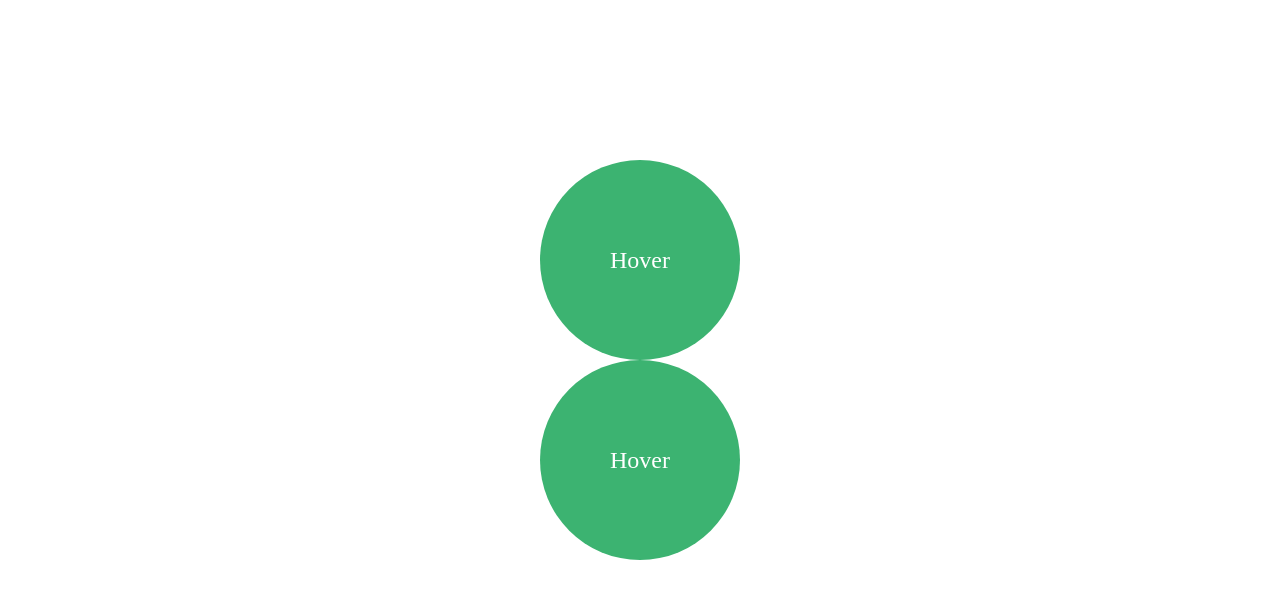
Repository: PrashantPanjwani/JSProjects
Page: P-Project3/index.html
An editor plug-in stored every save of this project. The page is shown before and after the next save, followed by the edit.
The browser window is 1280 px wide. The pictures show the whole page.

Above is the page before, as saved 2024-06-04 16:42:16.

### P-Project3/index.html
<!DOCTYPE html>
<html lang="en">
<head>
    <meta charset="UTF-8">
    <meta name="viewport" content="width=device-width, initial-scale=1.0">
    <title>Document</title>
    <link rel="stylesheet" href="style.css">
</head>
<body>
    <div id="circle">Hover</div>
    <div id="circle">Hover</div>

    <script src="app.js"></script>
</body>
</html>

### P-Project3/style.css
body{
    box-sizing: border-box;
    margin: 0;
    padding: 0;
}
body{
    display: flex;
    flex-direction: column;
    justify-content: center;
    align-items: center;
    height: 100vh;
}
#circle{
    display: flex;
    border-radius: 100px;
    justify-content: center;
    align-items: center;
    height: 200px;
    width: 200px;
    background-color: mediumseagreen;
    font-size: 1.5rem;
    color: white;
    cursor: pointer;
    transition: cubic-bezier(0.075, 0.82, 0.165, 1) 3s;

}
.hover{
    transform: scale(2);
}

### P-Project3/app.js
const circle = document.querySelector('#circle');

circle.addEventListener('mouseenter', ()=>{
    if(!circle.classList.contains('hover')){
        circle.classList.add('hover');
    }
});
circle.addEventListener('mouseleave', ()=>{
    if(circle.classList.contains('hover')){
        circle.classList.remove('hover');
    }
});

After the next save:
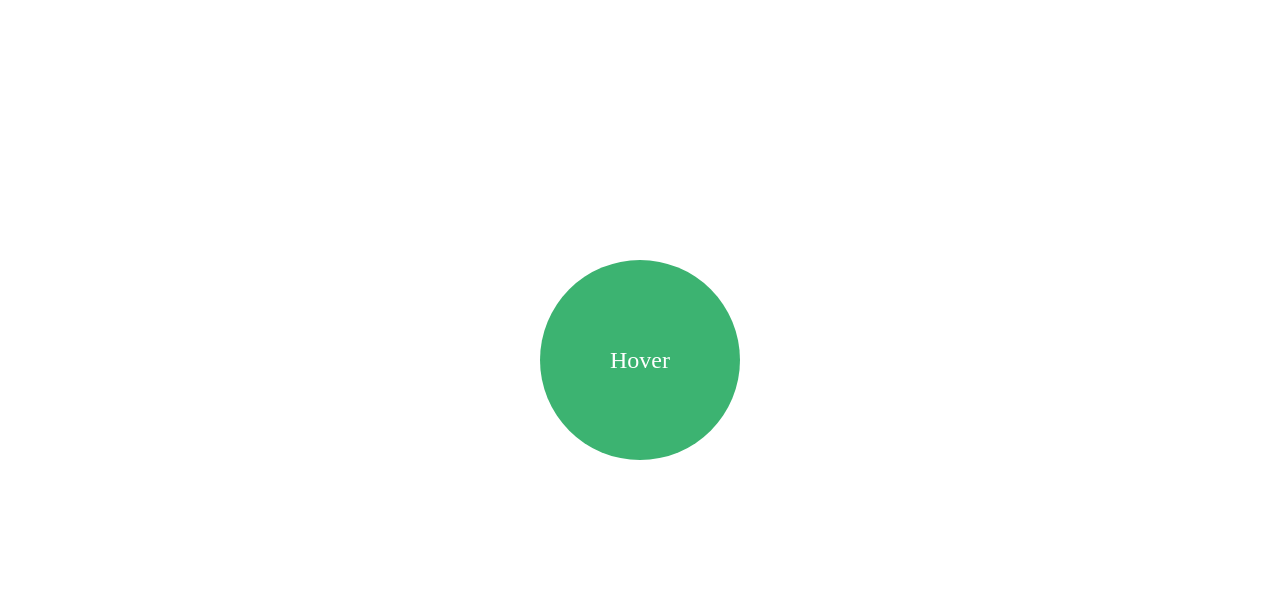
Saved 4 s later.
--- a/P-Project3/index.html
+++ b/P-Project3/index.html
@@ -8,7 +8,7 @@
 </head>
 <body>
     <div id="circle">Hover</div>
-    <div id="circle">Hover</div>
+
 
     <script src="app.js"></script>
 </body>
